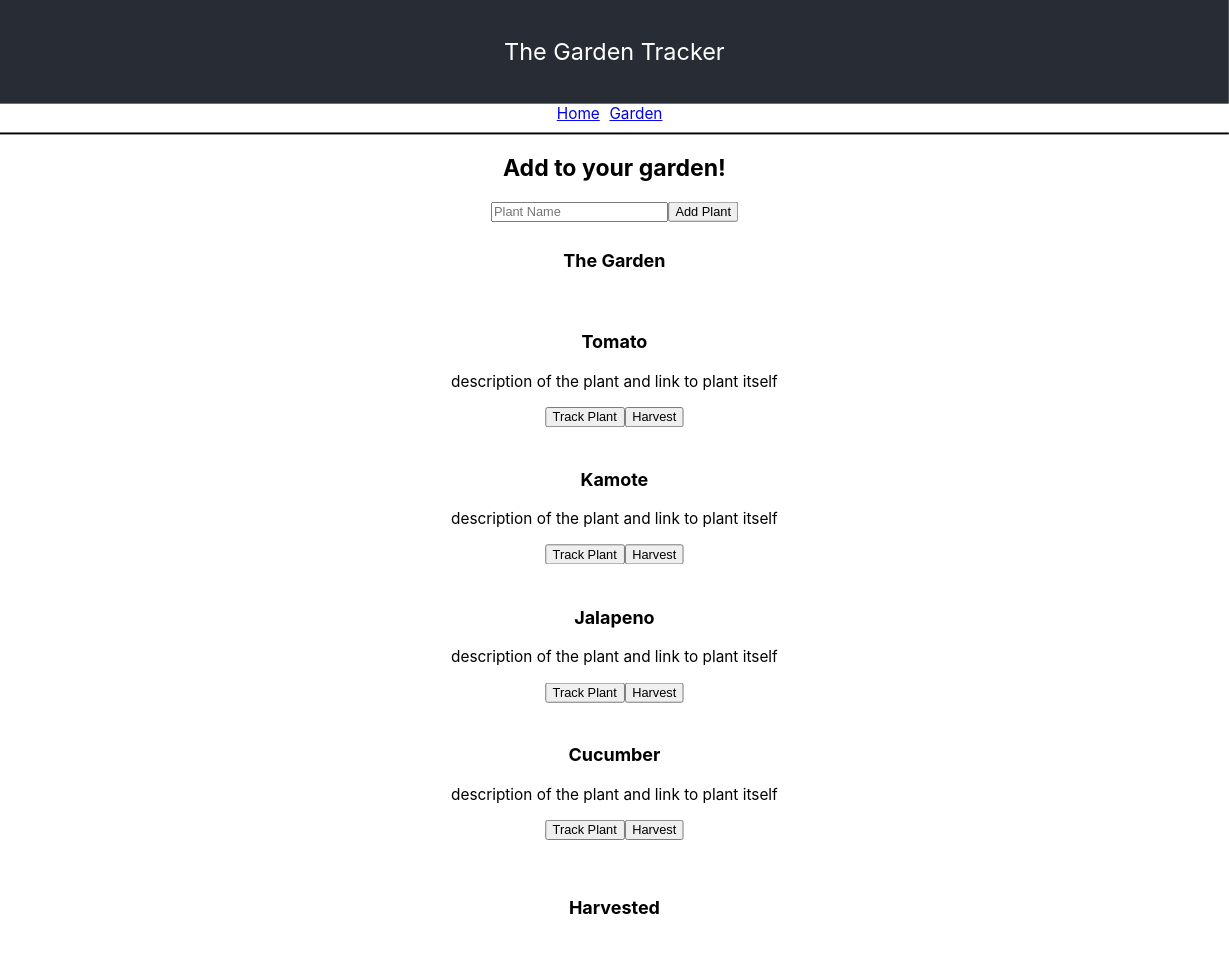
Repository: charliejp0311/gardentracker
Page: /garden
An editor plug-in stored every save of this project. The page is shown before and after the next save, followed by the edit.
The browser window is 1280 px wide. The pictures show the whole page, at 96% of full size.
The project was rebuilt for these pictures with package versions that can differ from the ones it lists, and the page was loaded fresh each time. Also part of the build but not shown: src/components/GardenHome.js.

Above is the page before, as saved 2020-10-30 11:09:28.

After the next save:
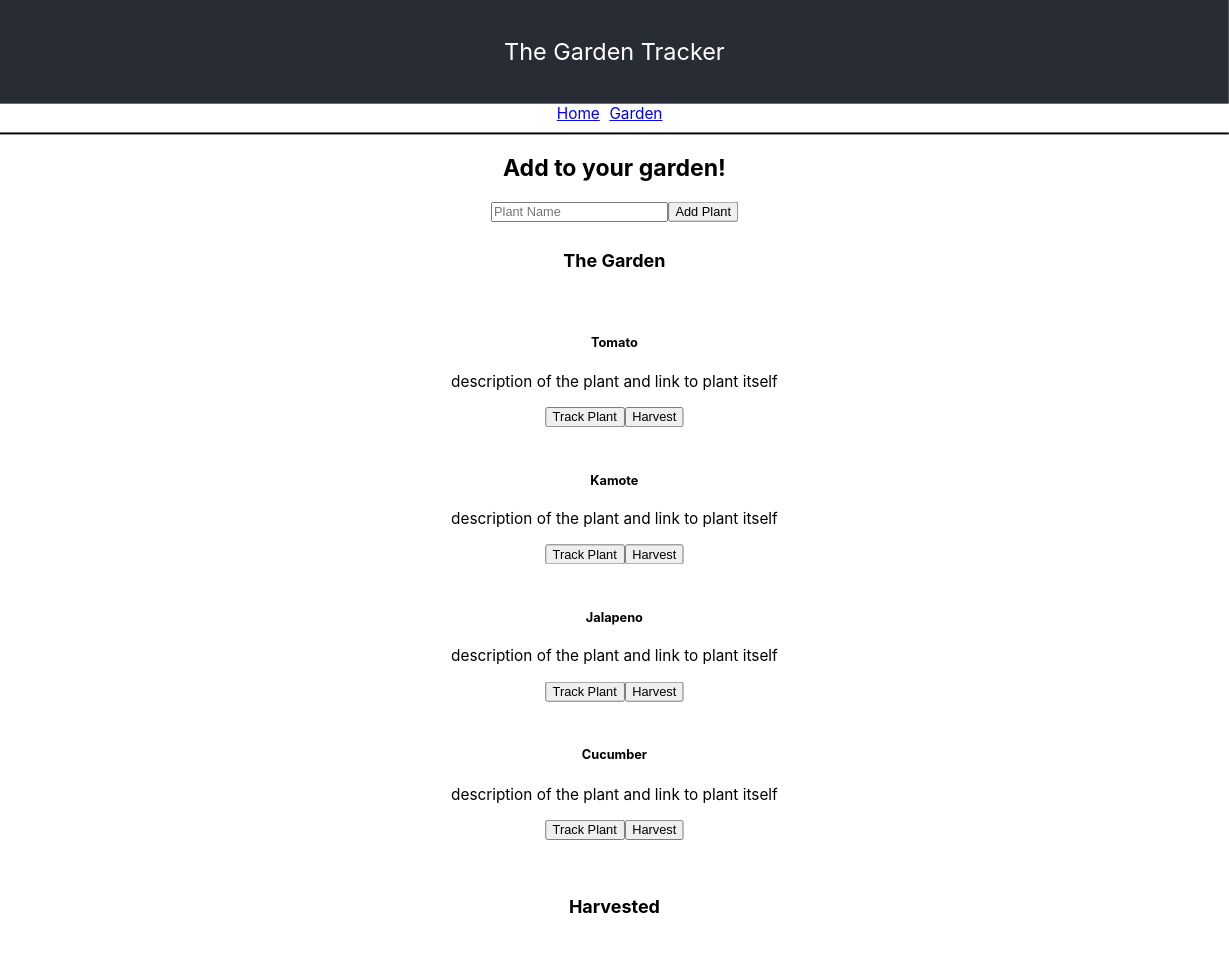
Saved 28 s later.
--- a/src/components/Plant.js
+++ b/src/components/Plant.js
@@ -18,7 +18,7 @@ class Plant extends Component{
         // console.log(this.props)
         return(
             <div className='plant'>
-                <h3>{this.props.plant.name}</h3>
+                <h5>{this.props.plant.name}</h5>
                 <p>description of the plant and link to plant itself</p>
                 <button>Track Plant</button>
                 <button onClick={this.handleHarvest}>Harvest</button>
